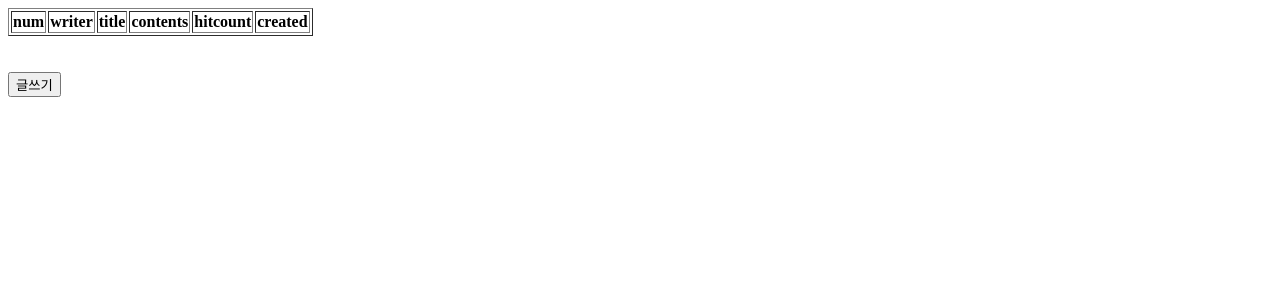
Repository: LifeIsRightward/WebServer
Page: http://localhost/JSPBook/Project/tripcommunity.jsp?id=null
An editor plug-in stored every save of this project. The page is shown before and after the next save, followed by the edit.
The browser window is 1280 px wide. The pictures show the whole page.
The page is served by Tomcat 9. Queries for data that is not in the repository find no rows.

Above is the page before, as saved 2024-06-07 17:16:45.

After the next save:
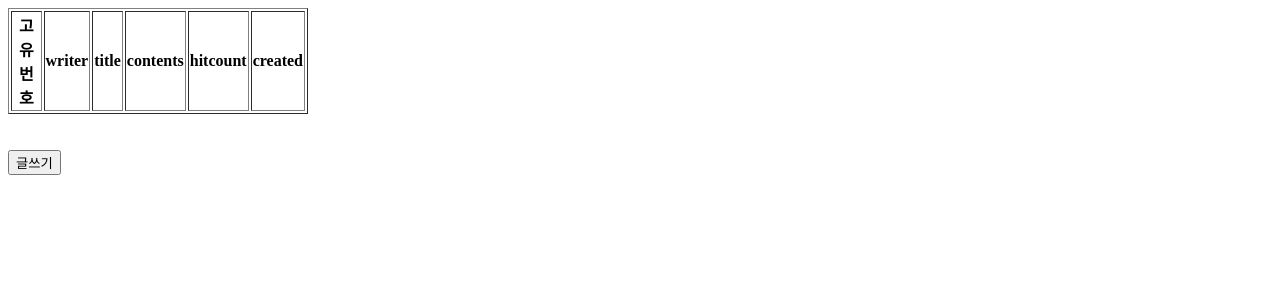
Saved 94 s later.
--- a/JSPBook/src/main/webapp/Project/tripcommunity.jsp
+++ b/JSPBook/src/main/webapp/Project/tripcommunity.jsp
@@ -11,7 +11,7 @@
 	<%@ include file="dbconn.jsp" %>
 	<table width="300" border="1">
 		<tr>
-			<th>num</th>
+			<th>고유번호</th>
 			<th>writer</th>
 			<th>title</th>
 			<th>contents</th>
@@ -37,7 +37,7 @@
 					String created = rs.getString("created");
 		%>
 		<tr>
-			<td><a href="tcshow.jsp?id=<%=id%>&num=<%=num%>">고유번호<%=num%></a></td>
+			<td><a href="tcshow.jsp?id=<%=id%>&num=<%=num%>"><%=num%></a></td>
 			<td><%=writer%></td>
 			<td><%=title%></td>
 			<td><%=contents%></td>
